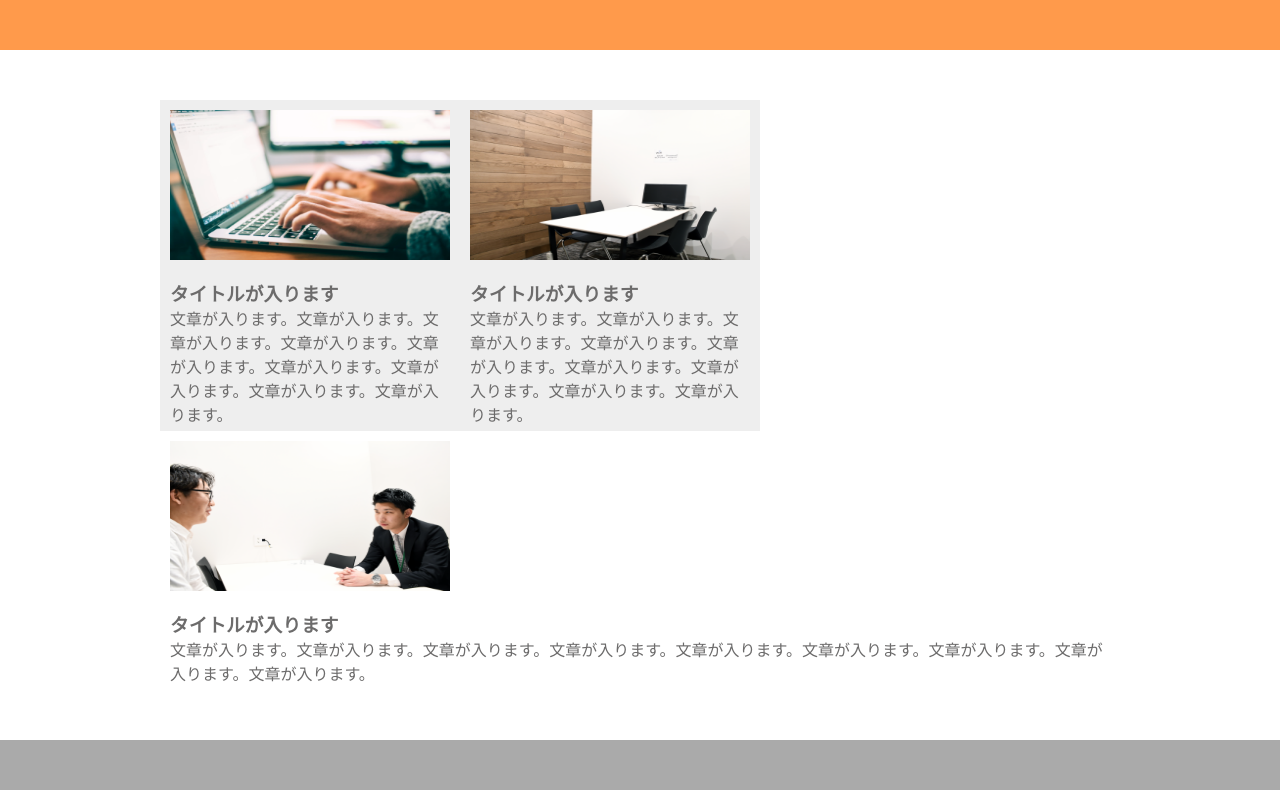
Repository: Raychel-310/chapter10
Page: chapter9_exercise_2/chapter9_exercise_2.html
The author's editor kept a record of every edit. The page is drawn from the files as they stood at one moment, then again after the next edit.
The browser window is 1280 px wide. The pictures show the whole page.

Above is the page before.

After the next edit:
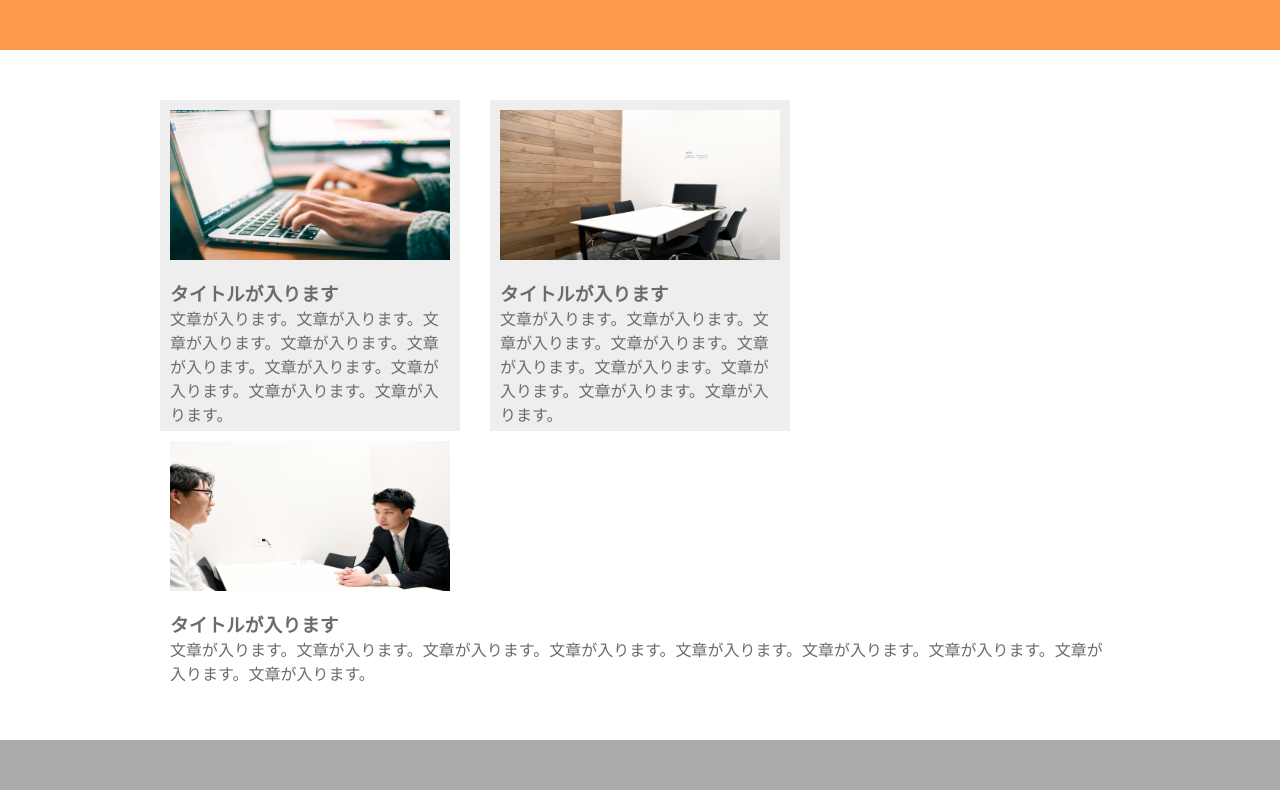
The edit:
--- a/chapter9_exercise_2/chapter9_exercise_2.html
+++ b/chapter9_exercise_2/chapter9_exercise_2.html
@@ -21,7 +21,7 @@
           </section>
       </div>
 
-      <div class="box3">
+      <div class="box2">
           <img class="blog-image" src="img/flow02.png" />
           <section class="blog-topic">
             <h3>タイトルが入ります</h3>
